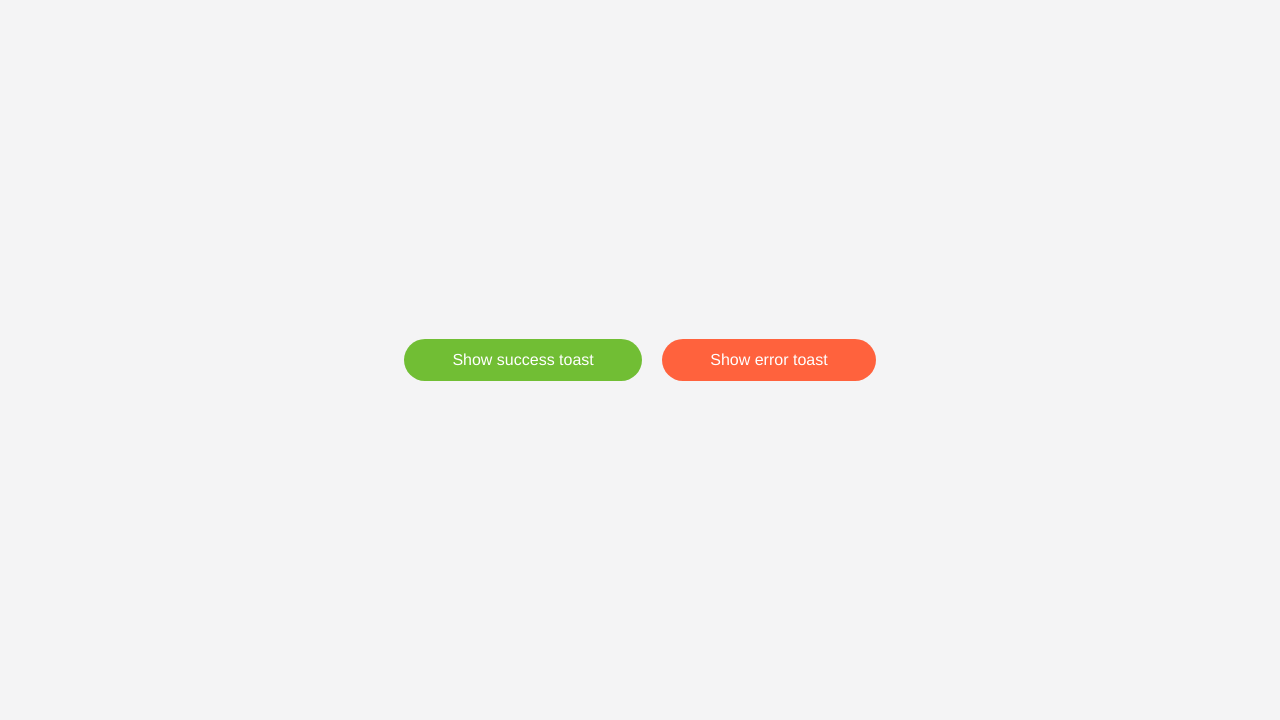
Repository: vuongtm1999/Toast_Message
Page: toast-message.html
These files come from the project's save history. The page is drawn as it stood at one moment and after the next save; the edit follows.
The browser window is 1280 px wide. The pictures show the whole page.

Above is the page before, as saved 2022-09-01 12:37:46.

After the next save:
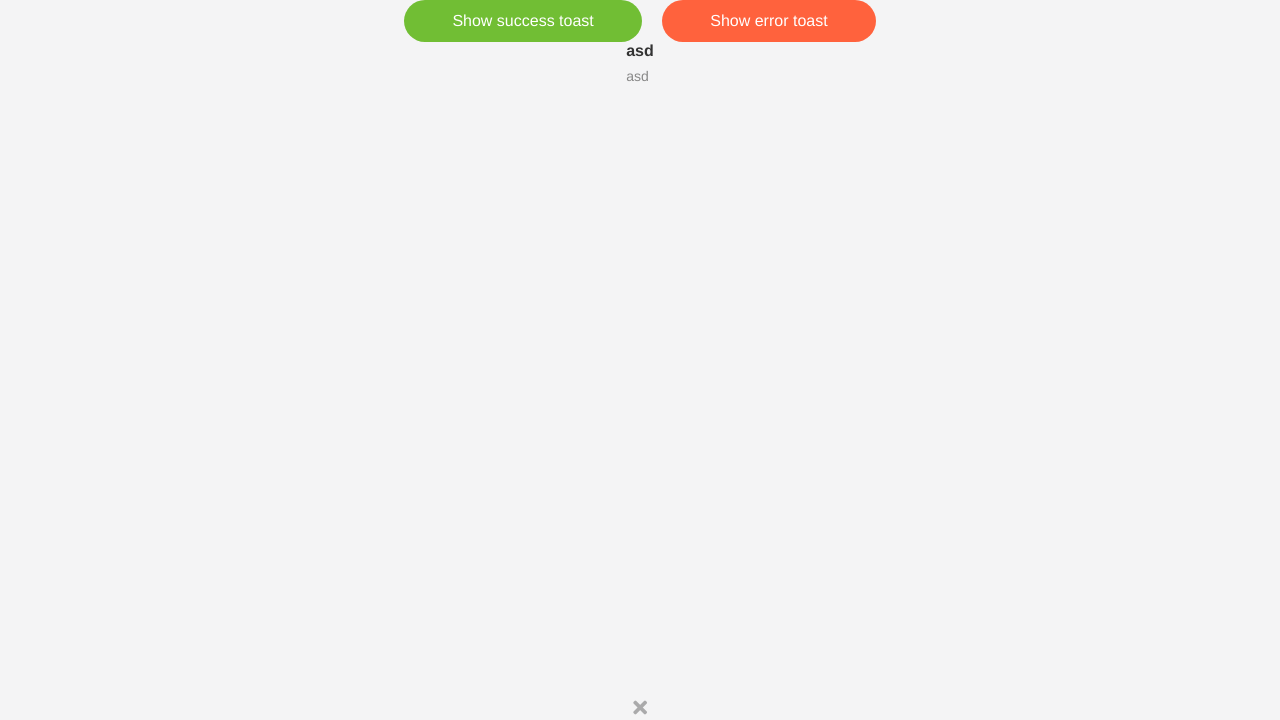
Saved 50 s later.
--- a/toast-message.html
+++ b/toast-message.html
@@ -17,6 +17,17 @@
     <div>
         <div onclick="showSuccessToast();" class="btn btn--success">Show success toast</div>
         <div onclick="showErrorToast();" class="btn btn--danger">Show error toast</div>
+    </div>
+
+    <div class="toast__icon">
+        <i class="${}"></i>
+    </div>
+    <div class="toast__body">
+        <h3 class="toast__title">asd</h3>
+        <p class="toast__msg">asd</p>
+    </div>
+    <div class="toast__close">
+        <i class="fas fa-times"></i>
     </div>
 
     <script>
